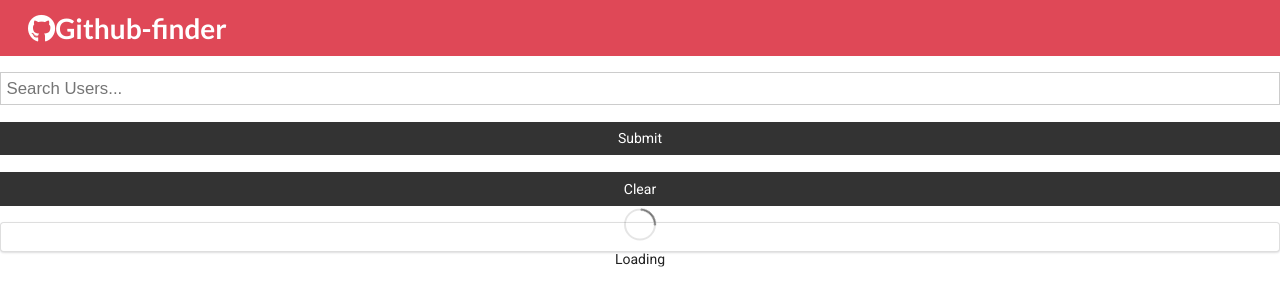
Repository: Tambarie/github-finder
Page: /
An editor plug-in stored every save of this project. The page is shown before and after a run of saves, followed by the edit.
The browser window is 1280 px wide. The pictures show the whole page.
The page's requests for data from a server got no answer. Some web libraries are served in a nearby version. The project was rebuilt for these pictures with package versions that can differ from the ones it lists, and the page was loaded fresh each time. No one was signed in, and anything a server would have sent is missing. Also part of the build but not shown: src/components/users/UserItem.js.

Above is the page before, as saved 2021-11-10 02:11:40.

### src/App.js
import axios from 'axios'
import React, { useState, useEffect } from 'react'
import './App.css'
import Navbar from './components/layouts/Navbar'
import Users from './components/users/Users'
import Search from './components/users/Search'

const App = () => {
  const [users, setUsers] = useState([])
  const [state, setState] = useState(true)

  const searchUsers = async (text) => {
    const response = await axios(
      `https://api.github.com/search/users?q=${text}&client_id=${process.env.REACT_APP_GITHUB_CLIENT_ID}&client_secret=${process.env.REACT_APP_GITHUB_CLIENT_SECRET}`
    )
    setUsers(response.data.items)
    setState(false)
  }

  useEffect(() => {
    searchUsers()
  }, [])

  const clearUsers = () => {
    searchUsers('')
  }
  const title = 'Github-finder'
  const icon = 'fab fa-github'
  return (
    <div className='App'>
      <Navbar title={title} icon={icon} />
      <Search searchUsers={searchUsers} clearUsers={clearUsers} />
      <Users loading={state} users={users} />
    </div>
  )
}

export default App

### src/components/layouts/Navbar.js
import React from 'react'
import { PropTypes } from 'prop-types'

const Navbar = ({ title, icon }) => {
  return (
    <nav className='navbar bg-primary'>
      <h1>
        <i className={icon} />
        {title}
      </h1>
    </nav>
  )
}

Navbar.propTypes = {
  title: PropTypes.string.isRequired,
  icon: PropTypes.string.isRequired,
}
Navbar.defaultProps = {
  title: 'Github-Finder',
  icon: 'fab fa-github',
}
export default Navbar

### src/components/users/Users.js
import React from 'react'
import UserItem from './UserItem'
import Spinner from '../layouts/Spinner'

const Users = ({ loading, users }) => {
  if (loading) {
    return <Spinner />
  } else {
    return (
      <div style={userStyle}>
        {users.map((user) => (
          <UserItem key={user.id} user={user} />
        ))}
      </div>
    )
  }
}

const userStyle = {
  display: 'grid',
  gridTemplateColumns: 'repeat(3,1fr)',
  gridGap: '1rem',
}

export default Users

### src/components/users/Search.js
import React, { useState } from 'react'

const Search = ({ searchUsers, clearUsers }) => {
  const [text, setText] = useState('')

  const handleSubmit = (e) => {
    e.preventDefault()
    searchUsers(text)
    setText('')
  }

  return (
    <div>
      <form onSubmit={handleSubmit} className='form'>
        <input
          type='text'
          name='text'
          value={text}
          placeholder='Search Users...'
          onChange={(e) => setText(e.target.value)}
        />
        <input type='submit' className='btn btn-dark btn-block' Submit />
      </form>

      <input
        type='submit'
        className='btn btn-dark btn-block'
        value='Clear'
        onClick={clearUsers}
      />
    </div>
  )
}

export default Search

### src/components/layouts/Spinner.js
import React from 'react'

export const Spinner = () => {
  return (
    <div className='ui segment'>
      <div className='ui active inverted dimmer'>
        <div className='ui text loader'>Loading</div>
      </div>
      <p></p>
    </div>
  )
}

export default Spinner;

Loaded but not shown: public/index.html (common file); src/index.js (common file); src/App.css (common file)

After the next 4 saves:
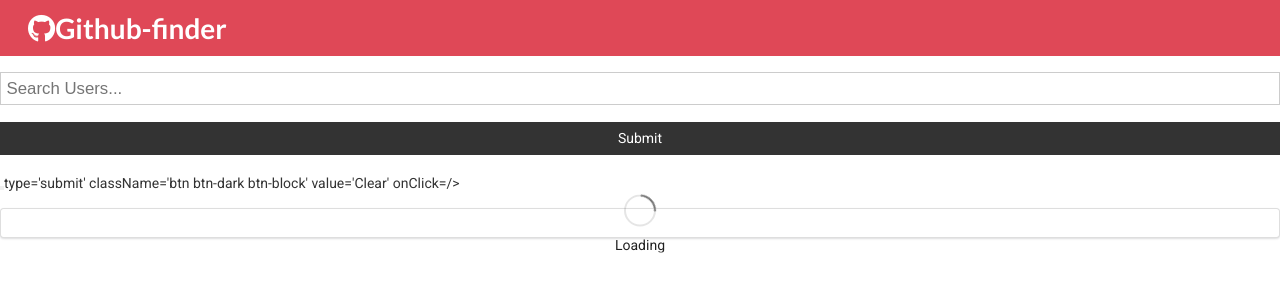
The 4 saves are shown as one change because they came seconds apart.
The last was saved 45 s later.
--- a/src/components/users/Search.js
+++ b/src/components/users/Search.js
@@ -22,7 +22,9 @@
         <input type='submit' className='btn btn-dark btn-block' Submit />
       </form>
 
-      <input
+      <button>
+
+      </button>
         type='submit'
         className='btn btn-dark btn-block'
         value='Clear'
